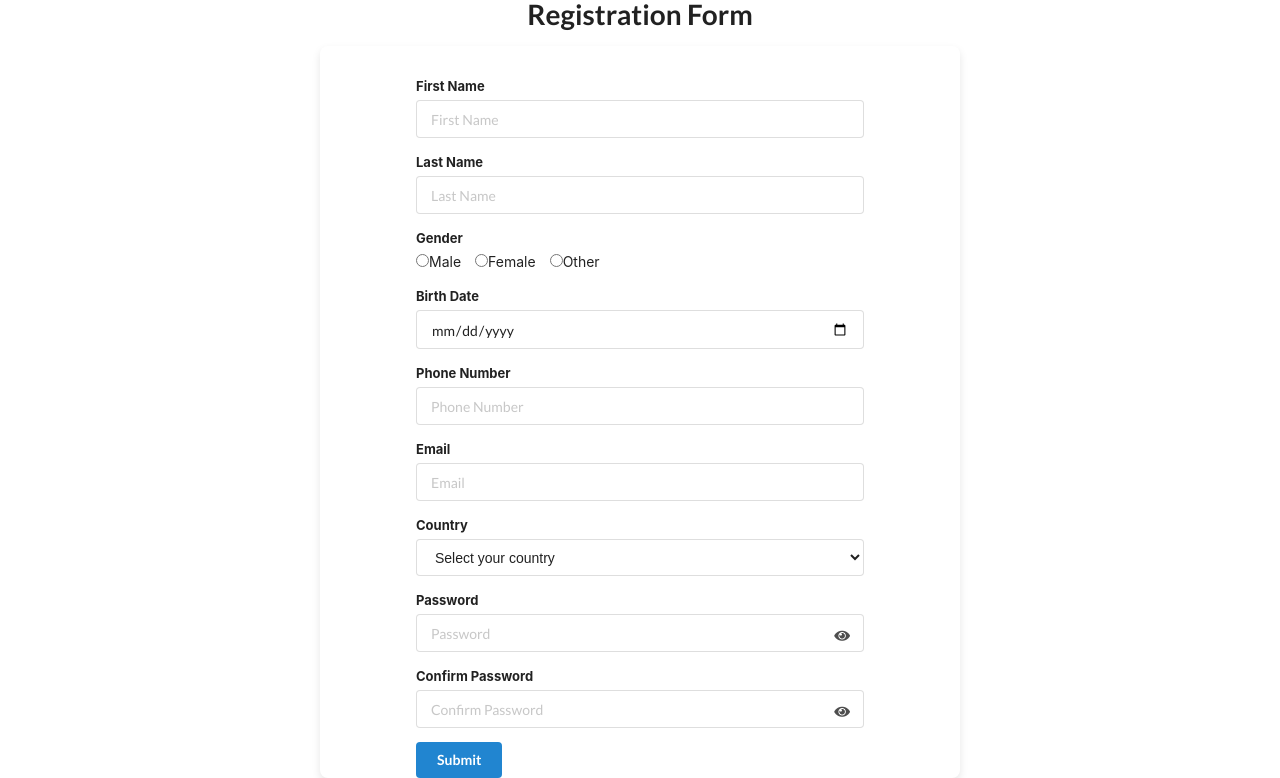
Repository: Wahid137/registration-form
Page: /
These files come from the project's save history. The page is drawn as it stood at one moment and after the next save; the edit follows.
The browser window is 1280 px wide. The pictures show the whole page.
The project was rebuilt for these pictures with package versions that can differ from the ones it lists, and the page was loaded fresh each time. Also part of the build but not shown: src/App.css.

Above is the page before, as saved 2024-05-01 14:31:57.

### src/index.js
import React from 'react';
import ReactDOM from 'react-dom/client';
import 'semantic-ui-css/semantic.min.css';
import App from './App';
import './index.css';
import reportWebVitals from './reportWebVitals';

const root = ReactDOM.createRoot(document.getElementById('root'));
root.render(
  <React.StrictMode>
    <App />
  </React.StrictMode>
);

// If you want to start measuring performance in your app, pass a function
// to log results (for example: reportWebVitals(console.log))
// or send to an analytics endpoint. Learn more: https://bit.ly/CRA-vitals
reportWebVitals();

### src/App.js
import { Header } from 'semantic-ui-react';
import './App.css';
import Register from './components/Register';

function App() {
  return (
    <div className="App">
      <Header as='h1' textAlign='center'>
        Registration Form
      </Header>
      <Register />
    </div>
  );
}

export default App;

### src/components/Register.js
import Joi from "joi";
import moment from "moment";
import React, { useState } from "react";
import { useForm } from "react-hook-form";
import { Button, Container, Form, FormField, Icon } from "semantic-ui-react";
import { countryOptions } from "../utils/country";

const Register = () => {
    const [showPassword, setShowPassword] = useState(false);
    const [showConfirmPassword, setShowConfirmPassword] = useState(false);
    const togglePasswordVisibility = () => setShowPassword(!showPassword);
    const toggleConfirmPasswordVisibility = () => setShowConfirmPassword(!showConfirmPassword);

    const { register, handleSubmit, reset, watch } = useForm();
    const password = watch("password", "");

    const [formErrors, setFormErrors] = useState({});

    const minBirthDate = moment().subtract(18, "years").format("YYYY-MM-DD");
    const nameRegex = /^[A-Za-z\s]+$/;
    const phoneRegex = /^[0-9]{10}$/;
    const passwordRegex = /^(?=.*[a-z])(?=.*[A-Z])(?=.*\d)[a-zA-Z\d]{3,30}$/;

    const schema = Joi.object({
        firstName: Joi.string().min(2).max(20).pattern(nameRegex).required().messages({
            "string.base": "First name must be a string",
            "string.empty": "Please enter your first name",
            "string.min": "First name must have at least {#limit} characters",
            "string.max": "First name cannot exceed {#limit} characters",
            "string.pattern.base": "First name must contain only alphabets and spaces",
            "any.required": "First name is required",
        }),
        lastName: Joi.string().min(2).max(20).pattern(nameRegex).required().messages({
            "string.base": "Last name must be a string",
            "string.empty": "Please enter your last name",
            "string.min": "Last name must have at least {#limit} characters",
            "string.max": "Last name cannot exceed {#limit} characters",
            "string.pattern.base": "Last name must contain only alphabets and spaces",
            "any.required": "Last name is required",
        }),
        gender: Joi.string().valid('male', 'female', 'other').required().messages({
            "any.required": "Gender is required",
            "any.only": "Please select a valid gender",
        }),
        birthDate: Joi.date()
            .max(minBirthDate)
            .required()
            .messages({
                "date.base": "Please enter a valid date",
                "date.max": "You must be at least 18 years old",
                "any.required": "Birth date is required",
            }),
        phoneNumber: Joi.string().pattern(phoneRegex).required().messages({
            "string.base": "Phone number must be a string",
            "string.empty": "Please enter your phone number",
            "string.pattern.base": "Phone number must be exactly 10 digits",
            "any.required": "Phone number is required",
        }),
        email: Joi.string().email({ tlds: { allow: false } }).required().messages({
            "string.base": "Email must be a string",
            "string.empty": "Please enter your email",
            "string.email": "Please enter a valid email address",
            "any.required": "Email is required",
        }),
        password: Joi.string().pattern(passwordRegex).required().messages({
            "string.base": "Password must be a string",
            "string.empty": "Please enter your password",
            "string.pattern.base": "Password must be 3 to 30 characters long and contain at least one lowercase letter, one uppercase letter, and one digit",
            "any.required": "Password is required",
        }),
        confirmPassword: Joi.string().valid(password).required().messages({
            "any.required": "Confirm password is required",
            "any.only": "Passwords do not match",
        }),
        country: Joi.string().required().messages({
            "any.required": "Please select a country",
        }),
    });

    const getPasswordErrorMessage = (value) => {
        if (value.length < 3 || value.length > 30) {
            return "Password must be 3 to 30 characters long";
        }
        if (!/[a-z]/.test(value)) {
            return "Password must contain at least one lowercase letter";
        }
        if (!/[A-Z]/.test(value)) {
            return "Password must contain at least one uppercase letter";
        }
        if (!/[0-9]/.test(value)) {
            return "Password must contain at least one digit";
        }
        return "";
    };

    const onSubmit = (data) => {
        const { error } = schema.validate(data, { abortEarly: false });
        if (error) {
            const errorMessage = {};
            error.details.forEach((detail) => {
                errorMessage[detail.path[0]] = detail.message;
            });
            if (data.password) {
                errorMessage.password = getPasswordErrorMessage(data.password);
            }
            setFormErrors(errorMessage);
            return;
        }
        console.log(data);
        reset();
        setFormErrors({});
    };

    return (
        <Container
            style={{
                display: "flex",
                width: "50%",
                justifyContent: "center",
                paddingTop: "30px",
                boxShadow: "0 4px 8px rgba(0,0,0,0.1)",
                borderRadius: "8px",
            }}
        >
            <Form style={{ width: "70%" }} onSubmit={handleSubmit(onSubmit)}>
                <div style={{ marginBottom: "1rem" }}>
                    <FormField error={formErrors.firstName !== undefined}>
                        <label>First Name</label>
                        <input
                            placeholder="First Name"
                            {...register("firstName")}
                            className={formErrors.firstName ? "error" : ""}
                        />
                        {formErrors.firstName && (
                            <div className="ui pointing red basic label">
                                {formErrors.firstName}
                            </div>
                        )}
                    </FormField>
                </div>
                <div style={{ marginBottom: "1rem" }}>
                    <FormField error={formErrors.lastName !== undefined}>
                        <label>Last Name</label>
                        <input
                            placeholder="Last Name"
                            {...register("lastName")}
                            className={formErrors.lastName ? "error" : ""}
                        />
                        {formErrors.lastName && (
                            <div className="ui pointing red basic label">
                                {formErrors.lastName}
                            </div>
                        )}
                    </FormField>
                </div>
                <div style={{ marginBottom: "1rem" }}>
                    <FormField>
                        <label>Gender</label>
                        <div style={{ display: "flex", flexDirection: "row" }}>
                            <div style={{ marginRight: "1rem" }}>
                                <input type="radio" id="male" {...register("gender")} value="male" />
                                <label htmlFor="male">Male</label>
                            </div>
                            <div style={{ marginRight: "1rem" }}>
                                <input type="radio" id="female" {...register("gender")} value="female" />
                                <label htmlFor="female">Female</label>
                            </div>
                            <div>
                                <input type="radio" id="other" {...register("gender")} value="other" />
                                <label htmlFor="other">Other</label>
                            </div>
                        </div>
                        {formErrors.gender && (
                            <div className="ui pointing red basic label">
                                {formErrors.gender}
                            </div>
                        )}
                    </FormField>
                </div>
                <div style={{ marginBottom: "1rem" }}>
                    <FormField error={formErrors.birthDate !== undefined}>
                        <label>Birth Date</label>
                        <input
                            type="date"
                            name="birthDate"
                            {...register("birthDate")}
                            className={formErrors.birthDate ? "error" : ""}
                        />
                        {formErrors.birthDate && (
                            <div className="ui pointing red basic label">
                                {formErrors.birthDate}
                            </div>
                        )}
                    </FormField>
                </div>
                <div style={{ marginBottom: "1rem" }}>
                    <FormField error={formErrors.phoneNumber !== undefined}>
                        <label>Phone Number</label>
                        <input
                            placeholder="Phone Number"
                            {...register("phoneNumber")}
                            className={formErrors.phoneNumber ? "error" : ""}
                        />
                        {formErrors.phoneNumber && (
                            <div className="ui pointing red basic label">
                                {formErrors.phoneNumber}
                            </div>
                        )}
                    </FormField>
                </div>
                <div style={{ marginBottom: "1rem" }}>
                    <FormField error={formErrors.email !== undefined}>
                        <label>Email</label>
                        <input
                            placeholder="Email"
                            {...register("email")}
                            className={formErrors.email ? "error" : ""}
                        />
                        {formErrors.email && (
                            <div className="ui pointing red basic label">
                                {formErrors.email}
                            </div>
                        )}
                    </FormField>
                </div>
                <div style={{ marginBottom: "1rem" }}>
                    <FormField error={formErrors.country !== undefined}>
                        <label>Country</label>
                        <select {...register("country")} className={formErrors.country ? "error" : ""}>
                            <option value="">Select your country</option>
                            {
                                countryOptions?.map((country) => <option key={country?.key} value={country?.value}>{country?.text}</option>)
                            }
                        </select>
                        {formErrors.country && (
                            <div className="ui pointing red basic label">
                                {formErrors.country}
                            </div>
                        )}
                    </FormField>
                </div>
                <div style={{ marginBottom: "1rem" }}>
                    <FormField error={formErrors.password !== undefined}>
                        <label>Password</label>
                        <div className="ui input">
                            <input
                                type={showPassword ? "text" : "password"}
                                placeholder="Password"
                                {...register("password")}
                                className={formErrors.password ? "error" : ""}
                            />
                            <Icon
                                name={showPassword ? "eye slash" : "eye"}
                                link
                                onClick={togglePasswordVisibility}
                                style={{ cursor: "pointer", position: "absolute", right: "10px", top: "50%", transform: "translateY(-50%)" }}
                            />
                        </div>
                        {formErrors.password && (
                            <div className="ui pointing red basic label">
                                {formErrors.password}
                            </div>
                        )}
                    </FormField>
                </div>
                <div style={{ marginBottom: "1rem" }}>
                    <FormField error={formErrors.confirmPassword !== undefined}>
                        <label>Confirm Password</label>
                        <div className="ui input">
                            <input
                                type={showConfirmPassword ? "text" : "password"}
                                placeholder="Confirm Password"
                                {...register("confirmPassword")}
                                className={formErrors.confirmPassword ? "error" : ""}
                            />
                            <Icon
                                name={showConfirmPassword ? "eye slash" : "eye"}
                                link
                                onClick={toggleConfirmPasswordVisibility}
                                style={{ cursor: "pointer", position: "absolute", right: "10px", top: "50%", transform: "translateY(-50%)" }}
                            />
                        </div>
                        {formErrors.confirmPassword && (
                            <div className="ui pointing red basic label">
                                {formErrors.confirmPassword}
                            </div>
                        )}
                    </FormField>
                </div>
                <Button type="submit" color="blue">
                    Submit
                </Button>
            </Form>
        </Container>
    );
};

export default Register;

### src/utils/country.js
export const countryOptions = [
    { key: 'af', value: 'af', text: 'Afghanistan' },
    { key: 'ax', value: 'ax', text: 'Aland Islands' },
    { key: 'al', value: 'al', text: 'Albania' },
    { key: 'dz', value: 'dz', text: 'Algeria' },
    { key: 'as', value: 'as', text: 'American Samoa' },
    { key: 'ad', value: 'ad', text: 'Andorra' },
    { key: 'ao', value: 'ao', text: 'Angola' },
    { key: 'ai', value: 'ai', text: 'Anguilla' },
    { key: 'ag', value: 'ag', text: 'Antigua' },
    { key: 'ar', value: 'ar', text: 'Argentina' },
    { key: 'am', value: 'am', text: 'Armenia' },
    { key: 'aw', value: 'aw', text: 'Aruba' },
    { key: 'au', value: 'au', text: 'Australia' },
    { key: 'at', value: 'at', text: 'Austria' },
    { key: 'az', value: 'az', text: 'Azerbaijan' },
    { key: 'bs', value: 'bs', text: 'Bahamas' },
    { key: 'bh', value: 'bh', text: 'Bahrain' },
    { key: 'bd', value: 'bd', text: 'Bangladesh' },
    { key: 'bb', value: 'bb', text: 'Barbados' },
    { key: 'by', value: 'by', text: 'Belarus' },
    { key: 'be', value: 'be', text: 'Belgium' },
    { key: 'bz', value: 'bz', text: 'Belize' },
    { key: 'bj', value: 'bj', text: 'Benin' },
]

Loaded but not shown: public/index.html (common file); src/index.css (common file); src/reportWebVitals.js (common file)

After the next save:
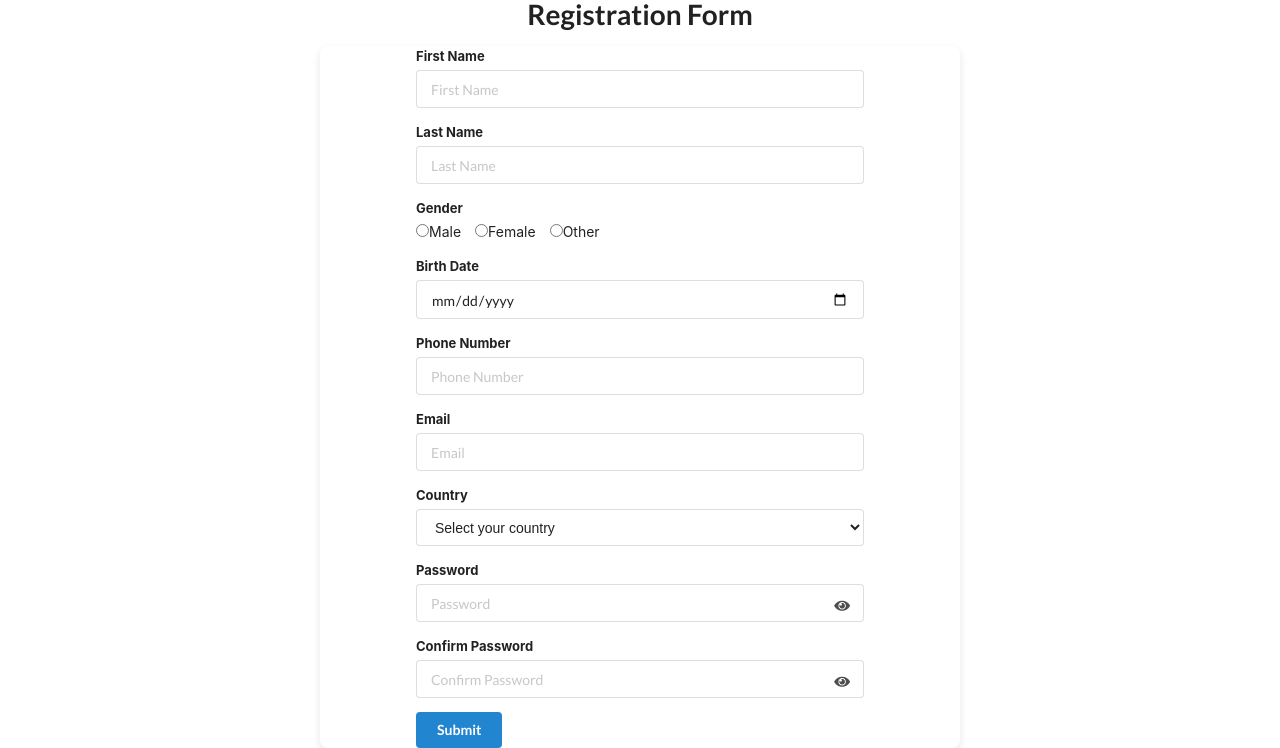
Saved 28 s later.
--- a/src/components/Register.js
+++ b/src/components/Register.js
@@ -117,7 +117,6 @@ const Register = () => {
                 display: "flex",
                 width: "50%",
                 justifyContent: "center",
-                paddingTop: "30px",
                 boxShadow: "0 4px 8px rgba(0,0,0,0.1)",
                 borderRadius: "8px",
             }}
